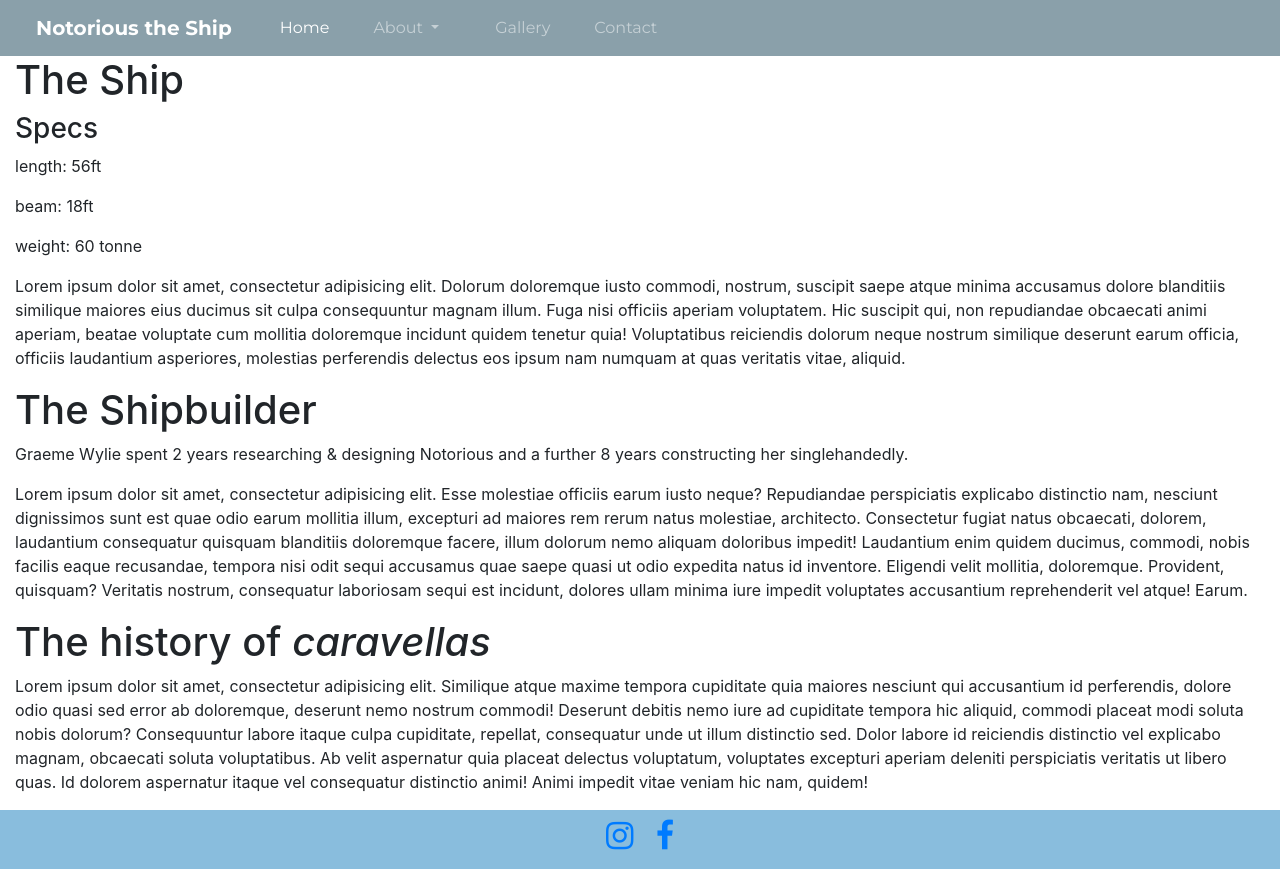
Repository: TSRose/NotorioustheShip
Page: about.html
The author's editor kept a record of every edit. The page is drawn from the files as they stood at one moment, then again after the next edit.
The browser window is 1280 px wide. The pictures show the whole page.

Above is the page before.

After the next edit:
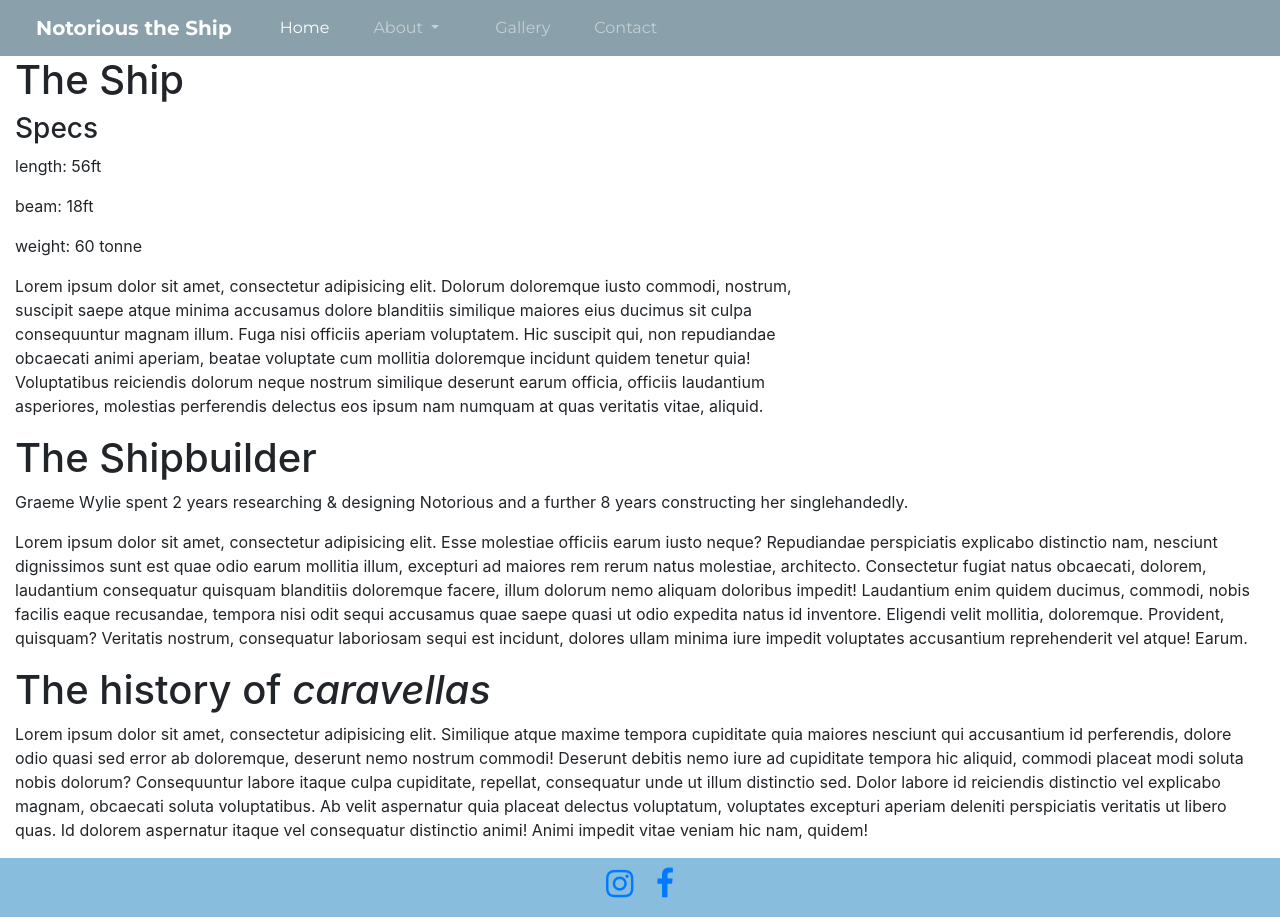
The edit:
--- a/about.html
+++ b/about.html
@@ -34,46 +34,55 @@
             </div>
     </nav>
 
-<div class="about-container container-fluid">
-    <div class="article-container">
-    <div class="row">
-        <div class="col-12">
-            <div class="theship">
-                <h1>The Ship</h1>
-                <h3>Specs</h3>
-                <p>length:   56ft</p>
-                <p>beam:     18ft</p>
-                <p>weight:   60 tonne</p>
-                <p>Lorem ipsum dolor sit amet, consectetur adipisicing elit. Dolorum doloremque iusto commodi, nostrum, suscipit saepe atque minima accusamus dolore blanditiis similique maiores eius ducimus sit culpa consequuntur magnam illum. Fuga nisi officiis aperiam voluptatem. Hic suscipit qui, non repudiandae obcaecati animi aperiam, beatae voluptate cum mollitia doloremque incidunt quidem tenetur quia! Voluptatibus reiciendis dolorum neque nostrum similique deserunt earum officia, officiis laudantium asperiores, molestias perferendis delectus eos ipsum nam numquam at quas veritatis vitae, aliquid.</p>
+    <div class="about-container container-fluid">
+        <div class="article-container">
+            <div class="row">
+                <div class="col-8">
+                    <div class="theship">
+                        <h1>The Ship</h1>
+                        <h3>Specs</h3>
+                        <p>length: 56ft</p>
+                        <p>beam: 18ft</p>
+                        <p>weight: 60 tonne</p>
+                        <p>Lorem ipsum dolor sit amet, consectetur adipisicing elit. Dolorum doloremque iusto commodi, nostrum, suscipit saepe atque minima accusamus dolore blanditiis similique maiores eius ducimus sit culpa consequuntur magnam illum. Fuga
+                            nisi officiis aperiam voluptatem. Hic suscipit qui, non repudiandae obcaecati animi aperiam, beatae voluptate cum mollitia doloremque incidunt quidem tenetur quia! Voluptatibus reiciendis dolorum neque nostrum similique deserunt
+                            earum officia, officiis laudantium asperiores, molestias perferendis delectus eos ipsum nam numquam at quas veritatis vitae, aliquid.</p>
+                    </div>
+                </div>
             </div>
-        </div>
-        </div>
         </div>
         <div class="article-container">
             <div class="row">
-        <div class="col-12">
-            <div class="thebuilder">
-                <h1>The Shipbuilder</h1>
-                <p>Graeme Wylie spent 2 years researching & designing Notorious and a further 8 years constructing her singlehandedly. </p>
-                <p>Lorem ipsum dolor sit amet, consectetur adipisicing elit. Esse molestiae officiis earum iusto neque? Repudiandae perspiciatis explicabo distinctio nam, nesciunt dignissimos sunt est quae odio earum mollitia illum, excepturi ad maiores rem rerum natus molestiae, architecto. Consectetur fugiat natus obcaecati, dolorem, laudantium consequatur quisquam blanditiis doloremque facere, illum dolorum nemo aliquam doloribus impedit! Laudantium enim quidem ducimus, commodi, nobis facilis eaque recusandae, tempora nisi odit sequi accusamus quae saepe quasi ut odio expedita natus id inventore. Eligendi velit mollitia, doloremque. Provident, quisquam? Veritatis nostrum, consequatur laboriosam sequi est incidunt, dolores ullam minima iure impedit voluptates accusantium reprehenderit vel atque! Earum.</p>
+                <div class="col-12">
+                    <div class="thebuilder">
+                        <h1>The Shipbuilder</h1>
+                        <p>Graeme Wylie spent 2 years researching & designing Notorious and a further 8 years constructing her singlehandedly. </p>
+                        <p>Lorem ipsum dolor sit amet, consectetur adipisicing elit. Esse molestiae officiis earum iusto neque? Repudiandae perspiciatis explicabo distinctio nam, nesciunt dignissimos sunt est quae odio earum mollitia illum, excepturi ad
+                            maiores rem rerum natus molestiae, architecto. Consectetur fugiat natus obcaecati, dolorem, laudantium consequatur quisquam blanditiis doloremque facere, illum dolorum nemo aliquam doloribus impedit! Laudantium enim quidem
+                            ducimus, commodi, nobis facilis eaque recusandae, tempora nisi odit sequi accusamus quae saepe quasi ut odio expedita natus id inventore. Eligendi velit mollitia, doloremque. Provident, quisquam? Veritatis nostrum, consequatur
+                            laboriosam sequi est incidunt, dolores ullam minima iure impedit voluptates accusantium reprehenderit vel atque! Earum.</p>
+                    </div>
+                </div>
             </div>
         </div>
-        </div>
-        </div>
         <div class="article-container">
-        <div class="row">
-        <div class="col-12">
-            <div class="thehistory">
-                <h1>The history of <em>caravellas</em></h1>
-                <p>Lorem ipsum dolor sit amet, consectetur adipisicing elit. Similique atque maxime tempora cupiditate quia maiores nesciunt qui accusantium id perferendis, dolore odio quasi sed error ab doloremque, deserunt nemo nostrum commodi! Deserunt debitis nemo iure ad cupiditate tempora hic aliquid, commodi placeat modi soluta nobis dolorum? Consequuntur labore itaque culpa cupiditate, repellat, consequatur unde ut illum distinctio sed. Dolor labore id reiciendis distinctio vel explicabo magnam, obcaecati soluta voluptatibus. Ab velit aspernatur quia placeat delectus voluptatum, voluptates excepturi aperiam deleniti perspiciatis veritatis ut libero quas. Id dolorem aspernatur itaque vel consequatur distinctio animi! Animi impedit vitae veniam hic nam, quidem!</p>
-            </div>
+            <div class="row">
+                <div class="col-12">
+                    <div class="thehistory">
+                        <h1>The history of <em>caravellas</em></h1>
+                        <p>Lorem ipsum dolor sit amet, consectetur adipisicing elit. Similique atque maxime tempora cupiditate quia maiores nesciunt qui accusantium id perferendis, dolore odio quasi sed error ab doloremque, deserunt nemo nostrum commodi!
+                            Deserunt debitis nemo iure ad cupiditate tempora hic aliquid, commodi placeat modi soluta nobis dolorum? Consequuntur labore itaque culpa cupiditate, repellat, consequatur unde ut illum distinctio sed. Dolor labore id reiciendis
+                            distinctio vel explicabo magnam, obcaecati soluta voluptatibus. Ab velit aspernatur quia placeat delectus voluptatum, voluptates excepturi aperiam deleniti perspiciatis veritatis ut libero quas. Id dolorem aspernatur itaque
+                            vel consequatur distinctio animi! Animi impedit vitae veniam hic nam, quidem!</p>
+                    </div>
+                </div>
             </div>
         </div>
     </div>
 
-</div>
+    </div>
 
-<!---------------------------footer----->
+    <!---------------------------footer----->
     <footer class="container-fluid footer">
         <div id="footer-details" class="row">
             <div class="col-12">
